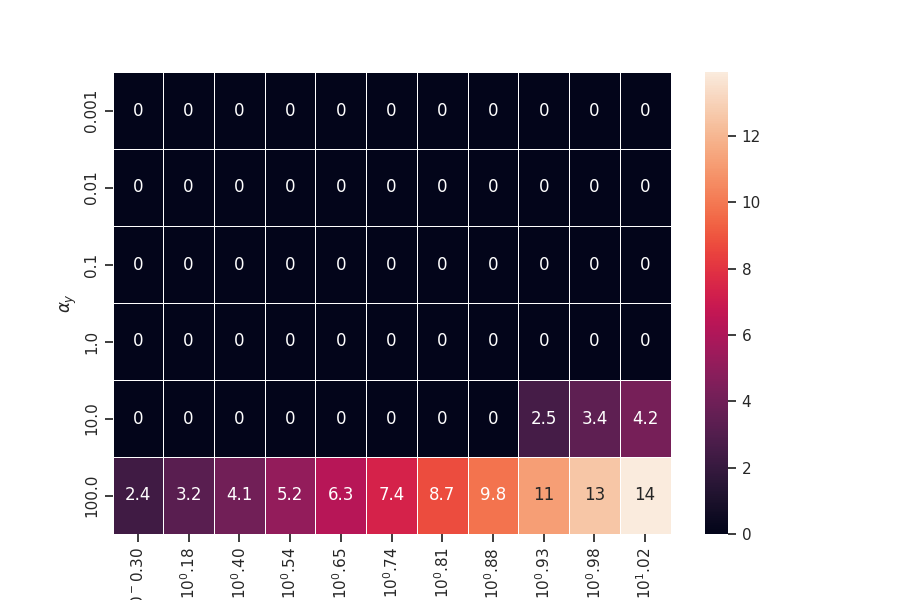
Repository: impermast/recombination
Script's output: python raschet/rec.py
The author's editor kept a copy of each file at every save. The script's output is drawn from the files as they stood at one save, then again after the next save.
Random numbers start from a fixed seed.

Above is the script's output before, as saved 2023-05-13 20:00:15.

After the next save:
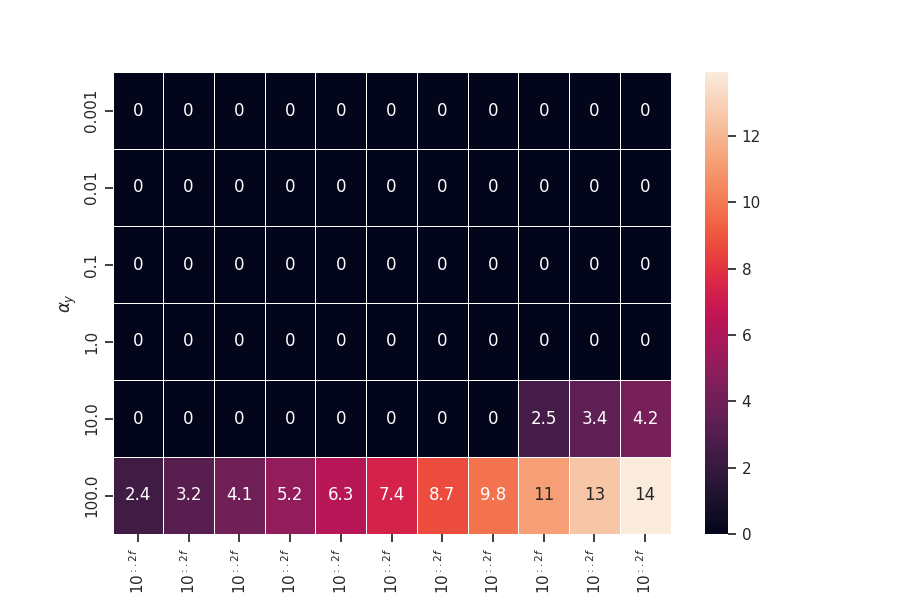
Saved 15 s later.
--- a/raschet/rec.py
+++ b/raschet/rec.py
@@ -110,7 +110,7 @@ def graph(T,r1,r2,rlim):
     plt.show()
     print("graphs")
 def funcForFormatter(x, pos):
-    return '$10^{:.2f}$'.format(np.log10(x))
+    return '$10^{{:.2f}}$'.format(np.log10(x))
 def kriteria(alp_range,m_range):
     global alpha,ma,err
     dens = [0]*len(alp_range)
